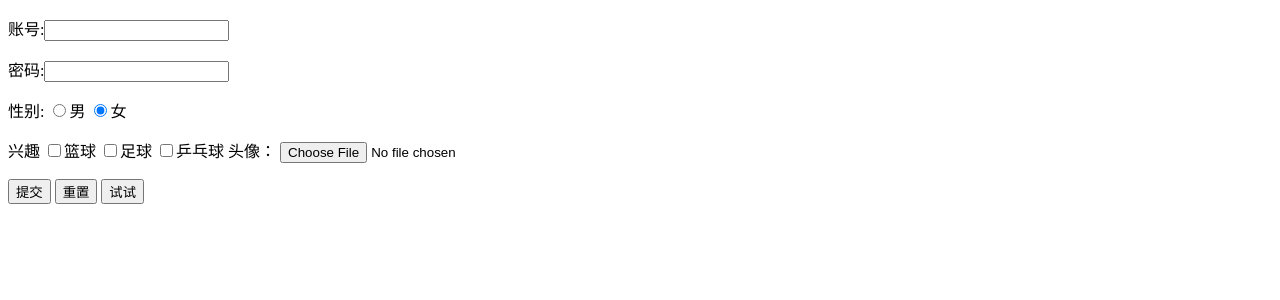
Repository: LYC-Android/JavaWebProject
Page: WebBasic/src/main/webapp/day02/demo1.html
The author's editor kept a copy of each file at every save. The page is drawn from the files as they stood at one save, then again after the next save.
The browser window is 1280 px wide. The pictures show the whole page.

Above is the page before, as saved 2017-09-07 08:53:03.

### WebBasic/src/main/webapp/day02/demo1.html
<!DOCTYPE html>
<html>
<head>
<meta charset="UTF-8">
<title>Insert title here</title>
</head>
<body>
    <!-- 1.表单元素 用来声明数据提交的范围，只有在此元素内的数据可以提交给服务器 -->
    <form action="">
    <!-- 2.表单控件:用户用来输入数据的 -->
     <!-- 1.input元素(9个) 它们之间用type属性来区分. -->

      <!-- 文本框 -->
      <p>
        账号:<input type="text" readonly="readonly" />
      </p>
      <!-- 密码框 -->
    密码:<input type="password">
    <!-- 单选框      组名:同一组radio互斥
    check设置默认选中
     -->
    <p>
     性别:
     <input type="radio" name="sex" checked="checked"/>男
     <input type="radio" name="sex" checked="checked"/>女
    </p>

    <!-- 多选框 -->
   兴趣
   <input type="checkbox">篮球
   <input type="checkbox">足球
   <input type="checkbox">乒乓球

   <!-- 文件框 -->
    头像：
    <input type="file">


	<!-- 按钮
	submit:提交表单的数据
	reset:将表单的数据重置为初始值
	button:没有任何功能需要通过js进行自定义
	 -->
	<p>
	  <input type="submit" value="提交"/>
	  <input type="reset" value="重置"/>
	  <input type="button" value="试试"/>

	</p>
		   <!-- 2.其他元素(3个) -->
		   <!-- label:用来管理表单中的文本.可以将文本与控件绑定在一起,从而增加了控件的受力面积
		   id:元素的唯一标识符，相当于元素的身份证号.任何元素都可以有id,程序猿有义务保证元素的id不重复
		    -->
    </form>
</body>
</html>

After the next save:
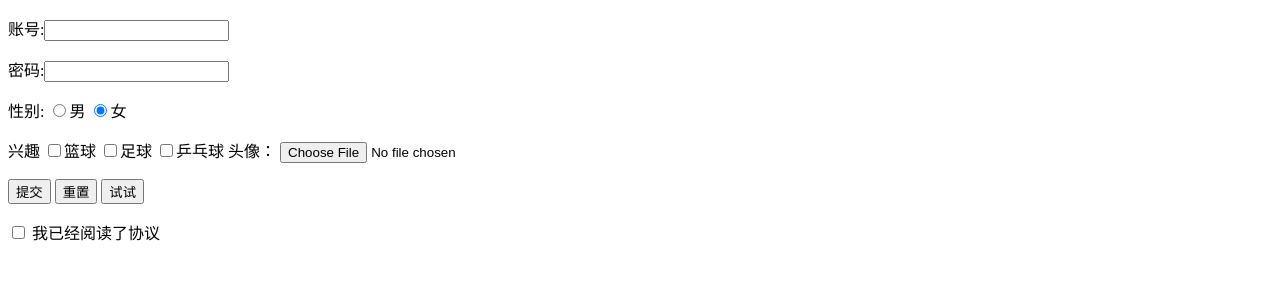
Saved 65 s later.
--- a/WebBasic/src/main/webapp/day02/demo1.html
+++ b/WebBasic/src/main/webapp/day02/demo1.html
@@ -51,6 +51,11 @@
 		   <!-- label:用来管理表单中的文本.可以将文本与控件绑定在一起,从而增加了控件的受力面积
 		   id:元素的唯一标识符，相当于元素的身份证号.任何元素都可以有id,程序猿有义务保证元素的id不重复
 		    -->
+		    <p>
+		    <input type="checkbox" id="c1"/>
+		    <label for="c1">我已经阅读了协议</label>
+
+		    </p>
     </form>
 </body>
 </html>
